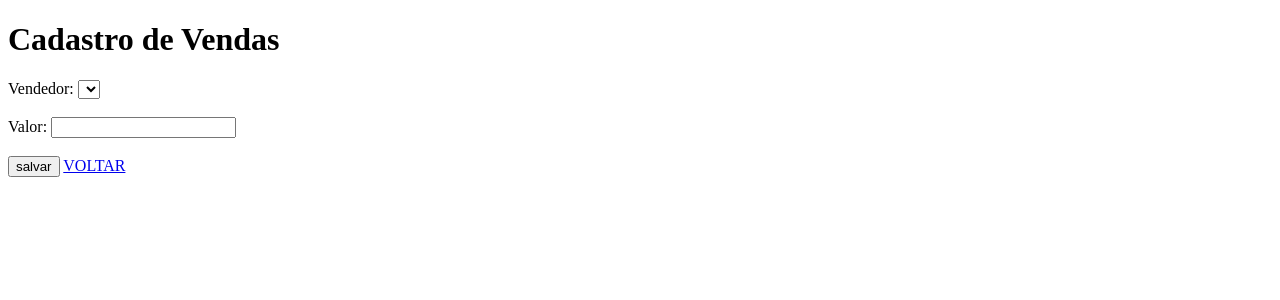
Repository: gabriellacrystina/workspaceWeb
Page: http://localhost/PrjVendas/CadastroVendas.jsp
An editor plug-in stored every save of this project. The page is shown before and after the next save, followed by the edit.
The browser window is 1280 px wide. The pictures show the whole page.
The page is served by Tomcat 9. Other server files are loaded and not shown.

Above is the page before, as saved 2015-09-21 14:02:36.

### PrjVendas/WebContent/CadastroVendas.jsp
<%@ page language="java" contentType="text/html; charset=ISO-8859-1"
    pageEncoding="ISO-8859-1"%>

<%@ page import="java.util.ArrayList" %>
<%@ page import="Modelo.Vendedor" %>
<!DOCTYPE html PUBLIC "-//W3C//DTD HTML 4.01 Transitional//EN" "http://www.w3.org/TR/html4/loose.dtd">
<html>
	<head>
	<meta http-equiv="Content-Type" content="text/html; charset=ISO-8859-1">
	<title>Cadastro de Vendas</title>
	</head>
	<body>
		<form action="CadastroVendas" method="post">

		<h1>Cadastro de Vendas</h1>

		Vendedor:
		<select name="vendedor">

		<%
			ArrayList<Vendedor> listaVendedor = (ArrayList<Vendedor>) session.getAttribute("listaVendedor");

			if(listaVendedor != null){
				for(int i = 0; i < listaVendedor.size(); i++){
				%>
					<option value="<%=i%>"><%=listaVendedor.get(i).getNome()%></option>
				<%
				}
			}
			%>

		</select><br><br>
		Valor: <input type="text" name="valor"><br><br>

		<input type="submit" name="btnSubmit" value="salvar">


		<a href="Menu.jsp">VOLTAR</a><br>
		</form>
	</body>
</html>

After the next save:
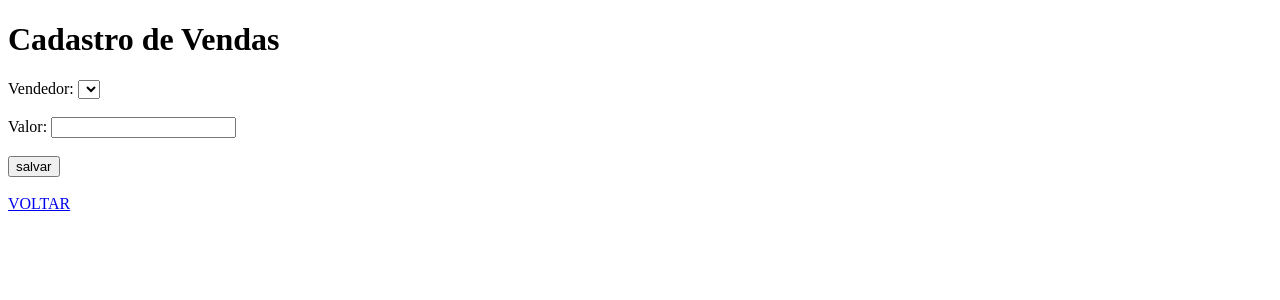
Saved 18 s later.
--- a/PrjVendas/WebContent/CadastroVendas.jsp
+++ b/PrjVendas/WebContent/CadastroVendas.jsp
@@ -32,7 +32,7 @@
 		</select><br><br>
 		Valor: <input type="text" name="valor"><br><br>
 
-		<input type="submit" name="btnSubmit" value="salvar">
+		<input type="submit" name="btnSubmit" value="salvar"><br><br>
 
 
 		<a href="Menu.jsp">VOLTAR</a><br>
